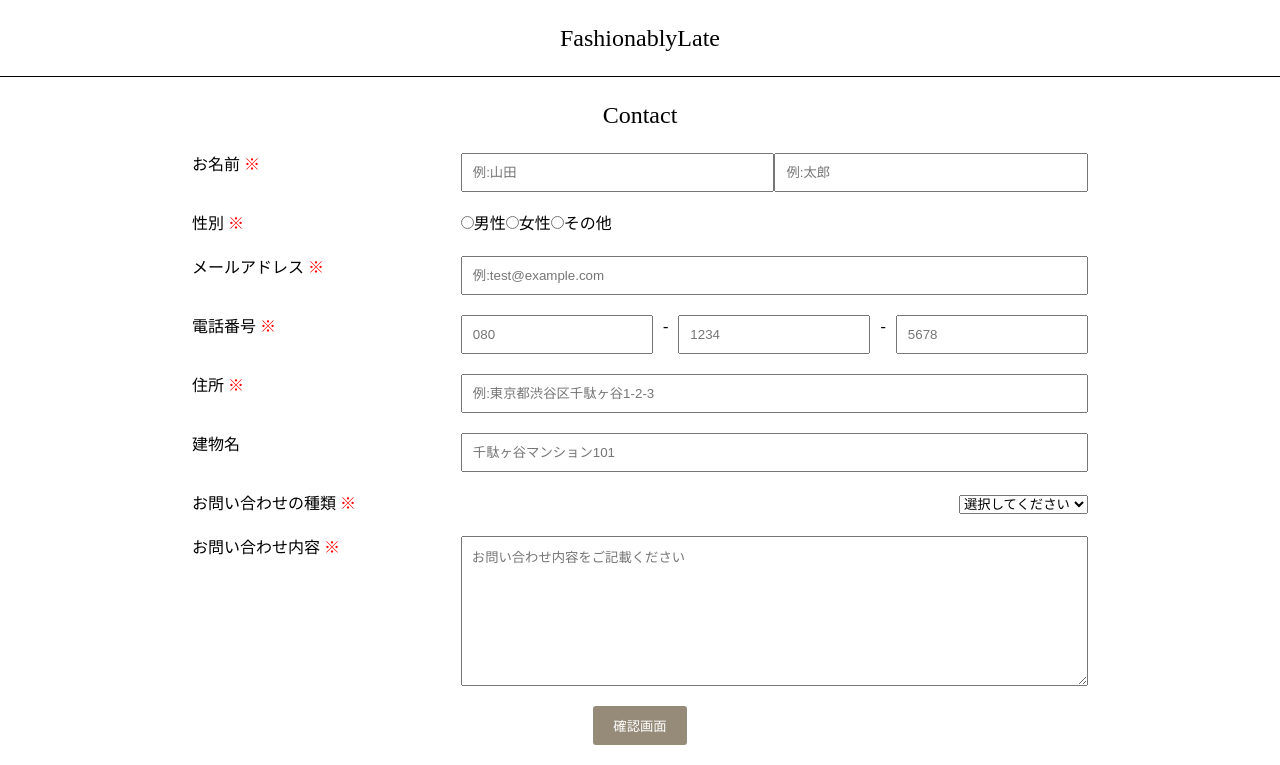
Repository: mayu-ya/test_form
Page: http://localhost/
An editor plug-in stored every save of this project. The page is shown before and after the next save, followed by the edit.
The browser window is 1280 px wide. The pictures show the whole page.
The page is served by the project's Laravel application, run on PHP 8.4 with Laravel 8. Queries for data that is not in the repository find no rows.

Above is the page before, as saved 2026-01-24 18:54:53.

After the next save:
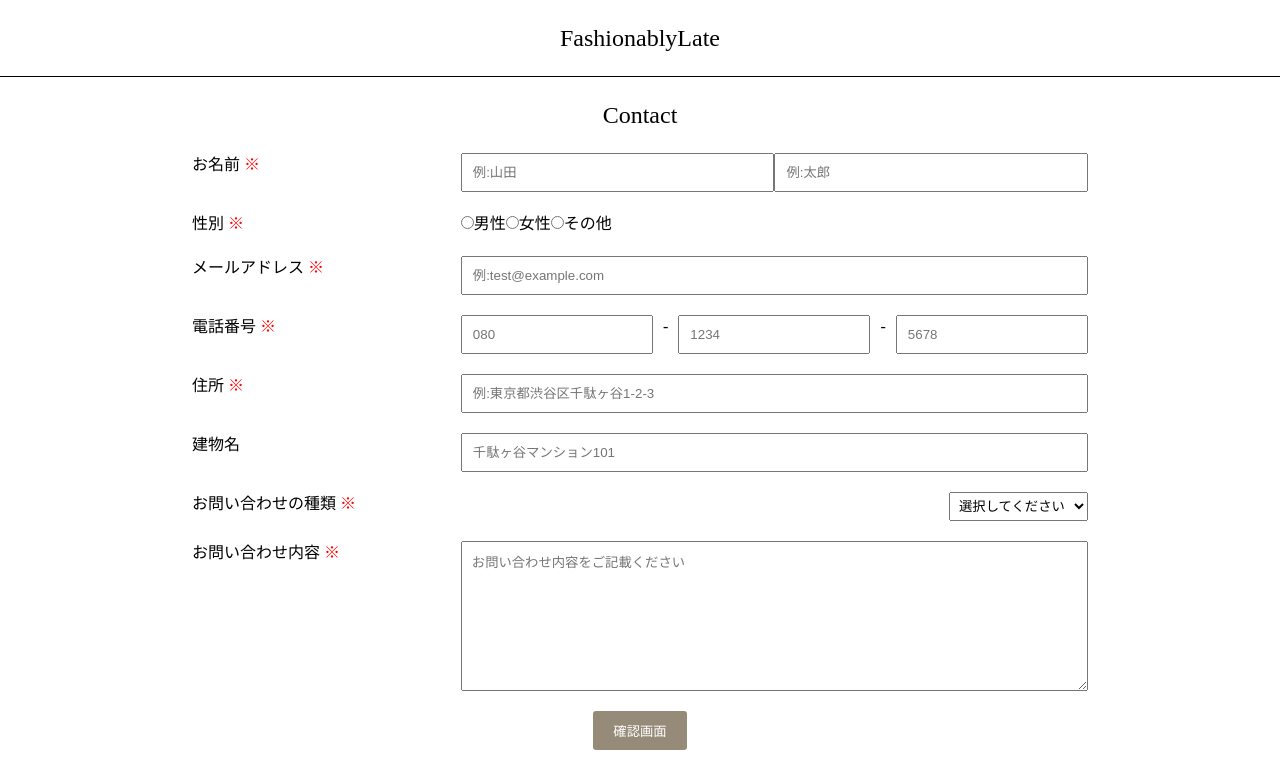
Saved 8 min 38 s later.
--- a/src/public/css/index.css
+++ b/src/public/css/index.css
@@ -65,3 +65,7 @@
     border: none;
     cursor: pointer;
 }
+
+.form__select-item {
+    padding: 5px;
+}
